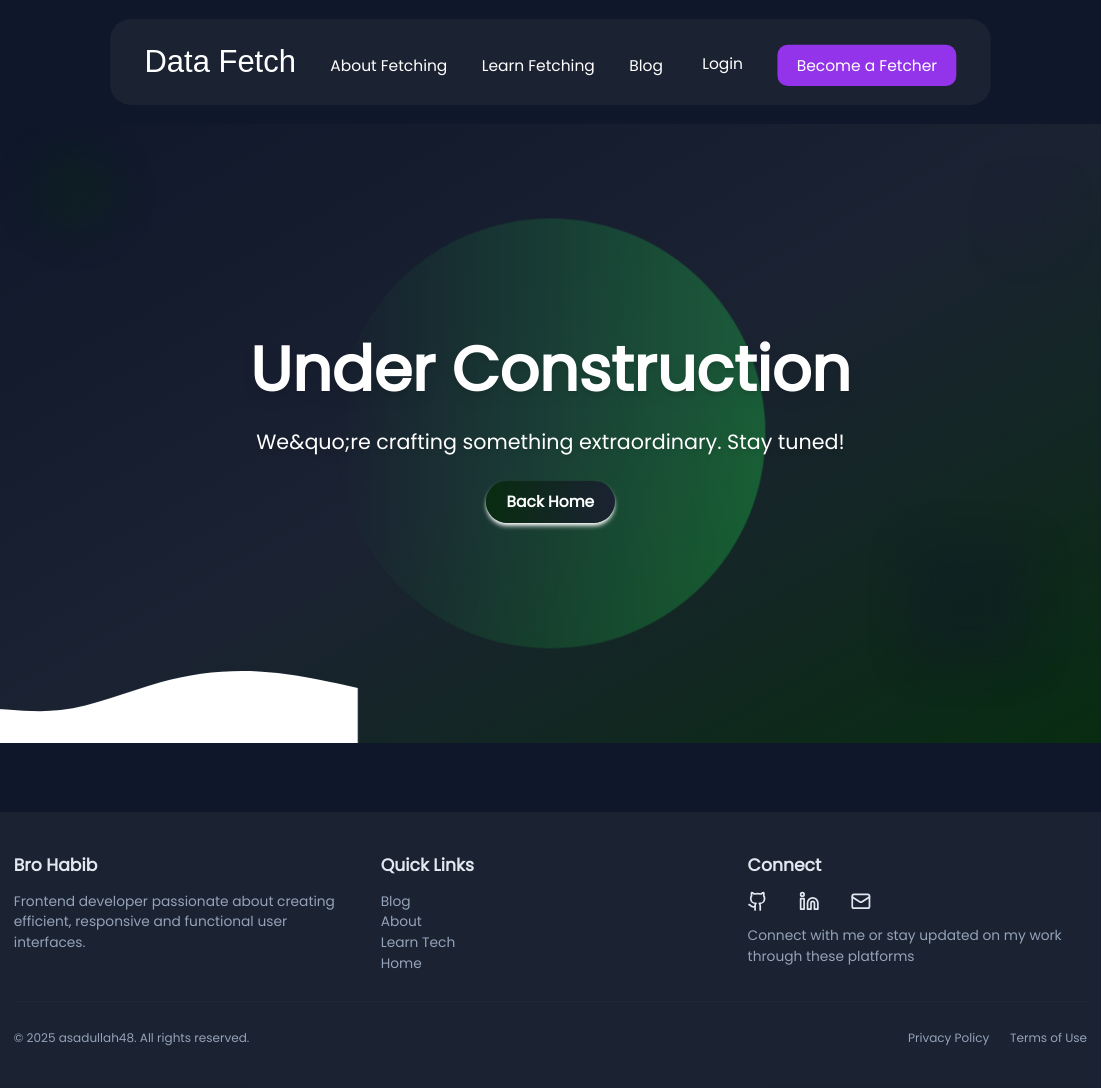
Repository: asadullah48/data-fetch
Page: /learnTech
The author's editor kept a copy of each file at every save. The page is drawn from the files as they stood at one save, then again after a run of saves.
The browser window is 1280 px wide. The pictures show the whole page, at 86% of full size.
Some web fonts or font styles are not loaded; a fallback is used. The project was rebuilt for these pictures with package versions that can differ from the ones it lists, and the page was loaded fresh each time. The framework's server and built-in components were replaced by stand-ins that run in the browser. Also part of the build but not shown: next.config.mjs.

Above is the page before, as saved 2025-01-15 13:58:58.

After the next 2 saves:
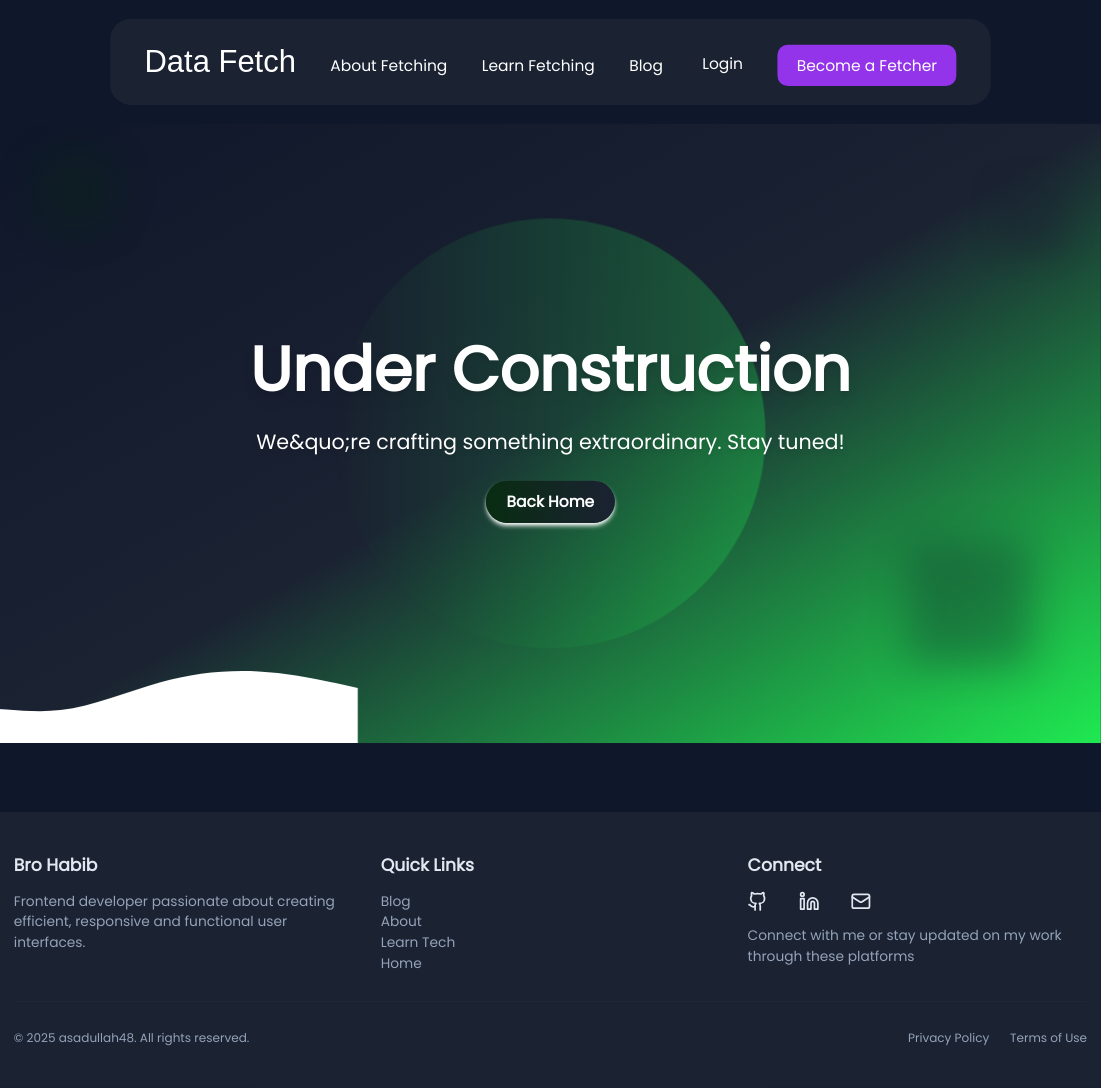
The 2 saves are shown as one change because they came seconds apart.
The last was saved 18 s later.
--- a/src/app/learnTech/page.tsx
+++ b/src/app/learnTech/page.tsx
@@ -3,7 +3,7 @@ import React from 'react'
 
 export default function learnTechPage() {
   return (
-    <div className="h-screen flex items-center justify-center bg-gradient-to-br from-[#0f172a] via-[#1b2232] to-[#082c11] relative overflow-hidden">
+    <div className="h-screen flex items-center justify-center bg-gradient-to-br from-[#0f172a] via-[#1b2232] to-[#1fe951] relative overflow-hidden">
             {/* Background Elements */}
             <div className="absolute inset-0 flex justify-center items-center">
                 <div className="w-[500px] h-[500px] bg-gradient-to-r from-[#1b2232] to-[#1fe951] rounded-full opacity-20 animate-pulse"></div>
